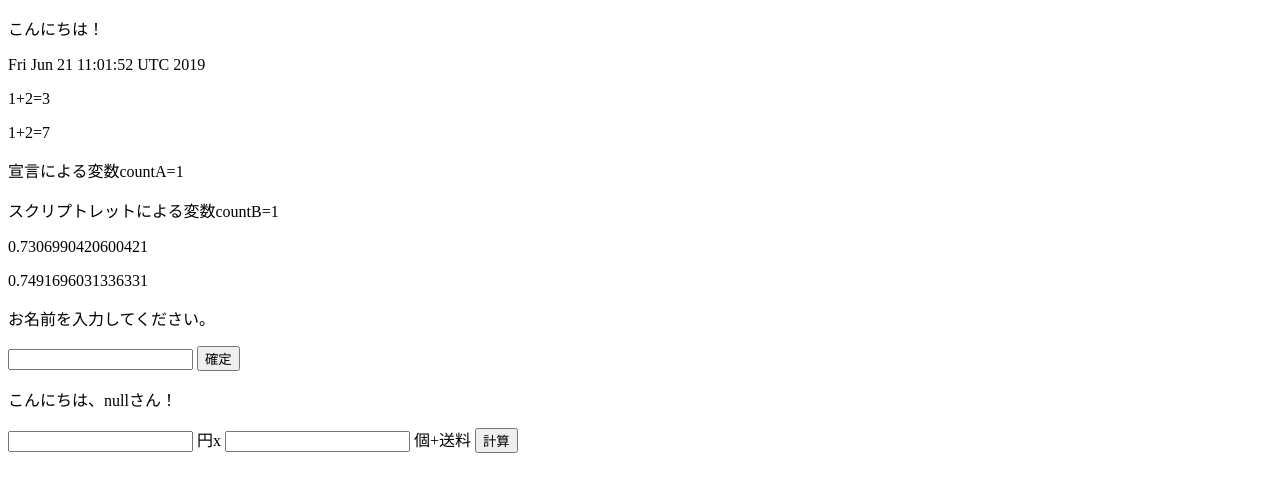
Repository: hosssar/test
Page: http://localhost/HelloJSP/
The author's editor kept a copy of each file at every save. The page is drawn from the files as they stood at one save, then again after the next save.
The browser window is 1280 px wide. The pictures show the whole page.
The page is served by Tomcat 9.

Above is the page before, as saved 2019-07-01 10:22:28.

After the next save:
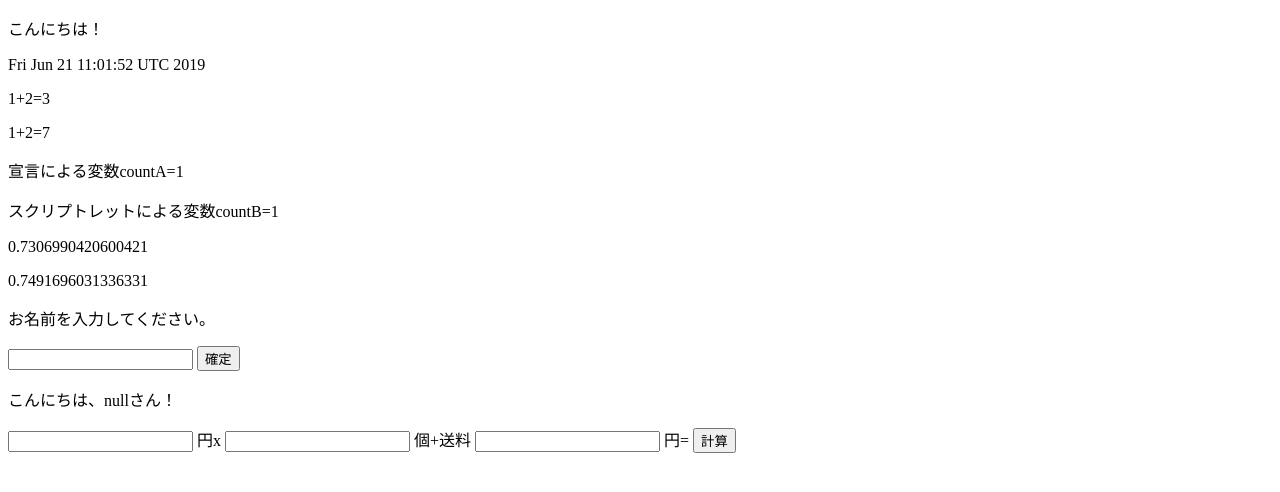
Saved 3 min 46 s later.
--- a/HelloJSP/WebContent/index.jsp
+++ b/HelloJSP/WebContent/index.jsp
@@ -44,6 +44,8 @@
 	         円x
 	         <input type="text" name="count">
 	         個+送料
+	         <input type="text" name="delivery">
+	         円=
 	         <input type="submit" value="計算">
          </form>
 	</body>
